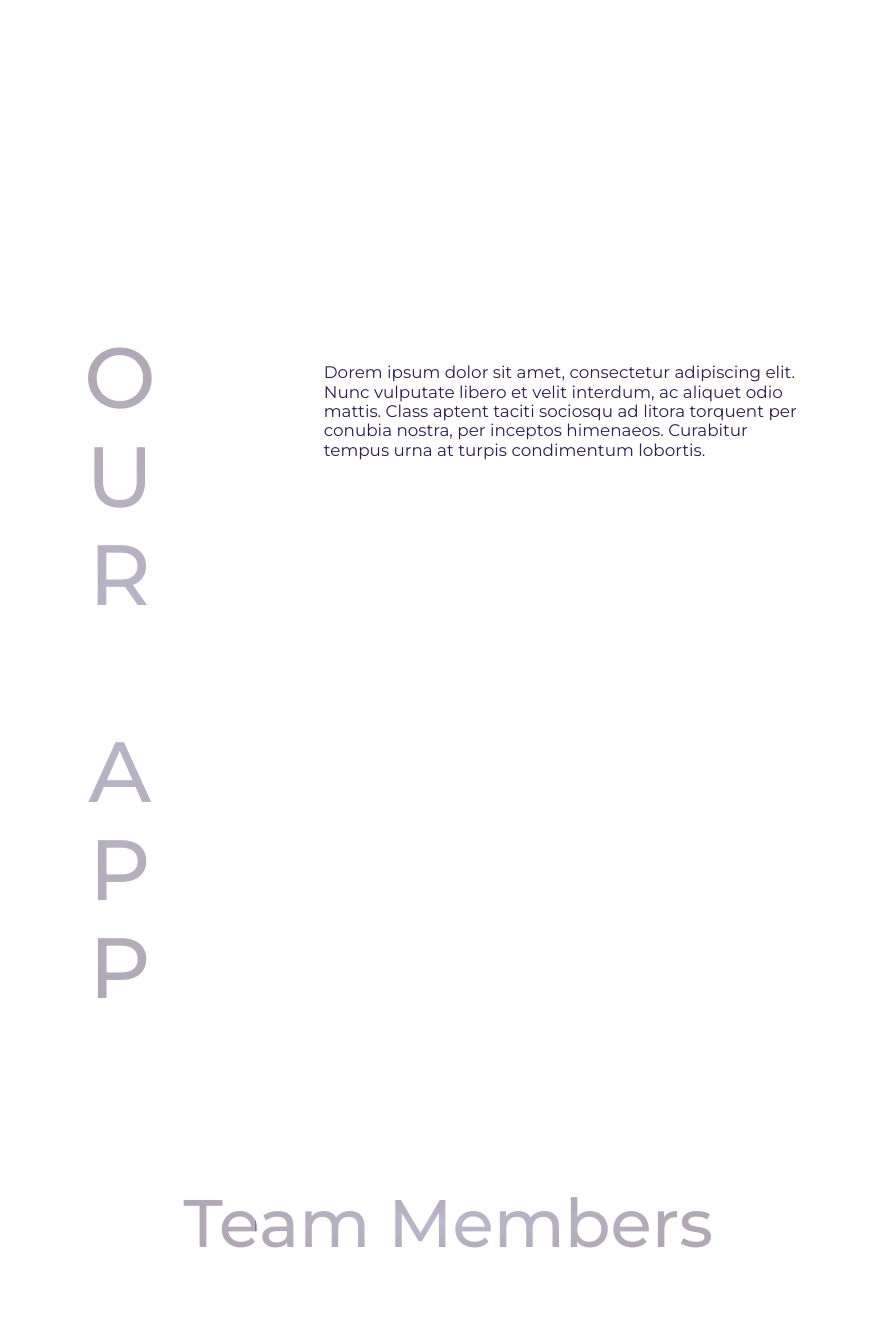
Repository: sierralaurent/Styleguide-Big_Project
Page: visuals.html
The author's editor kept a copy of each file at every save. The page is drawn from the files as they stood at one save, then again after the next save.
The browser window is 1280 px wide. The pictures show the part of the page from y = 593 to 2513 px (the page is 3608 px tall), at 70% of full size.
Some web fonts or font styles are not loaded; a fallback is used.

Above is the page before, as saved 2023-03-10 13:00:32.

After the next save:
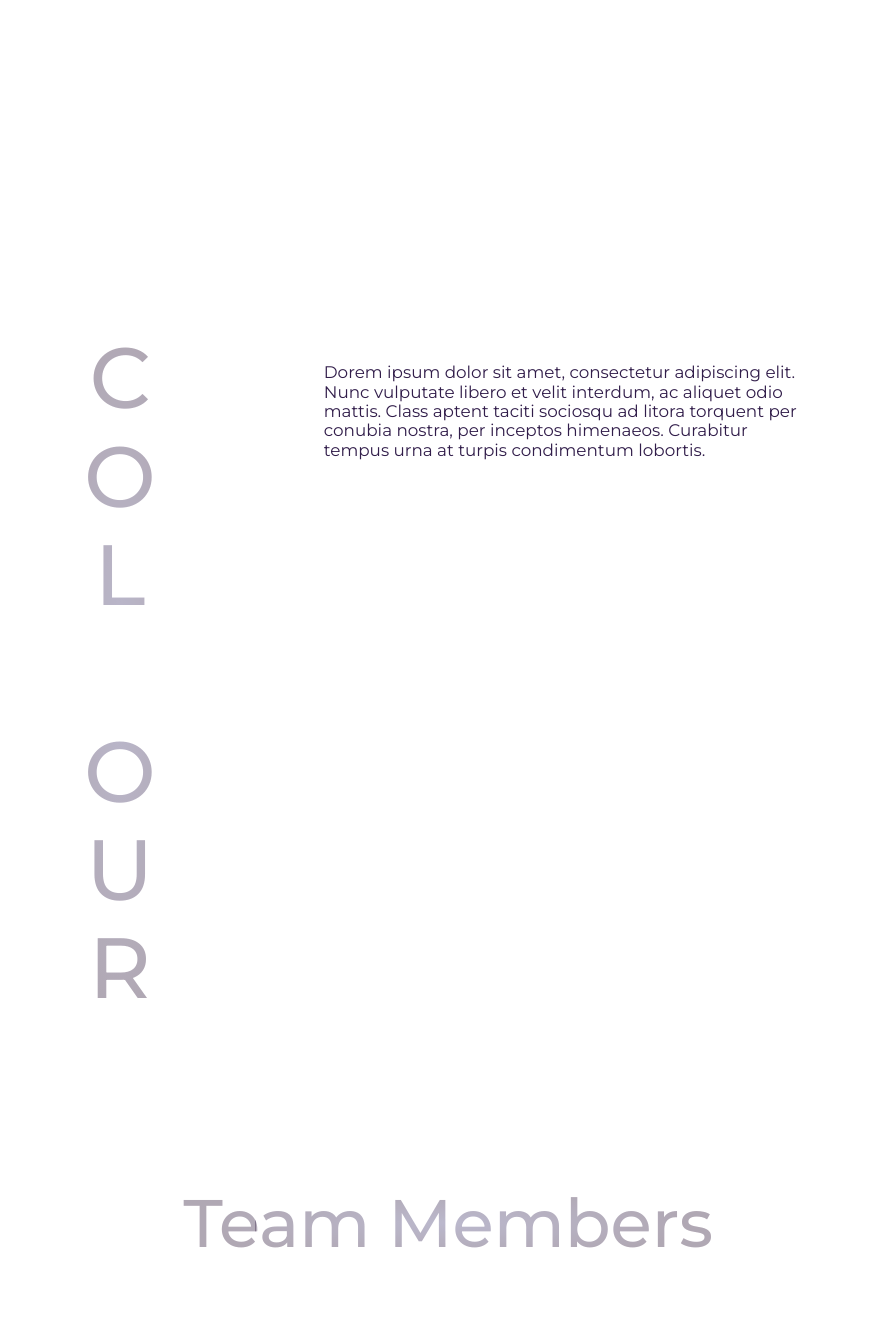
Saved 49 s later.
--- a/visuals.html
+++ b/visuals.html
@@ -56,18 +56,18 @@
         </div>
         <div class="home-container3">
           <p class="home-text03 sidetitle">
+            <span>C</span>
+            <br />
+            <span>O</span>
+            <br />
+            <span>L</span>
+            <br />
+            <br />
             <span>O</span>
             <br />
             <span>U</span>
             <br />
             <span>R</span>
-            <br />
-            <br />
-            <span>A</span>
-            <br />
-            <span>P</span>
-            <br />
-            <span>P</span>
             <br />
           </p>
           <p class="home-text17 body">
